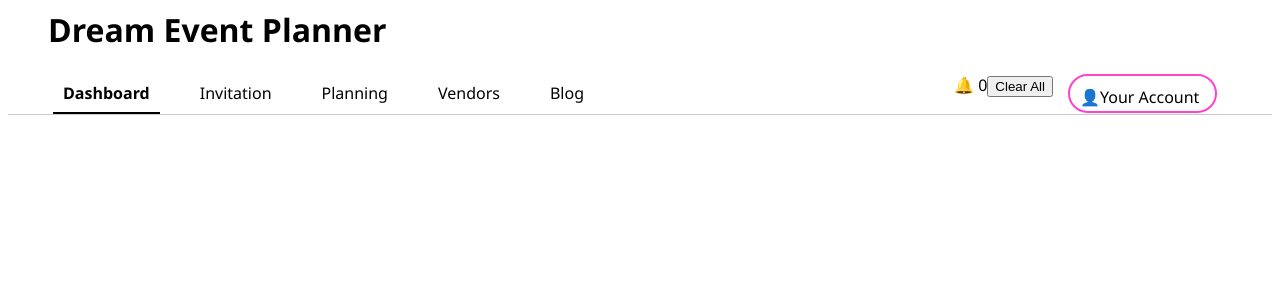
Repository: rajeshwari16945/Dream_Event_planner
Page: dep-admin-vendor-svc/src/main/resources/static/html/userNavigation.html
An editor plug-in stored every save of this project. The page is shown before and after the next save, followed by the edit.
The browser window is 1280 px wide. The pictures show the whole page.

Above is the page before, as saved 2025-03-08 20:08:36.

After the next save:
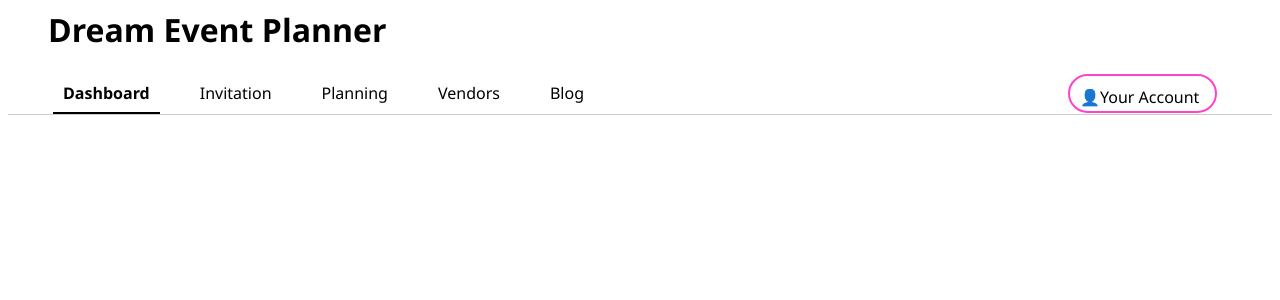
Saved 14 s later.
--- a/dep-admin-vendor-svc/src/main/resources/static/html/userNavigation.html
+++ b/dep-admin-vendor-svc/src/main/resources/static/html/userNavigation.html
@@ -42,21 +42,6 @@
                 </div>
                 <div class="float-right">
 					<ul class="user-nav-menu">
-						<!-- Notification Bell Icon -->
-						<div id="notification-bell" class="notification-bell">
-						    🔔 <!-- You can replace this emoji with an actual icon -->
-						    <span id="notification-count" class="badge">0</span>
-						</div>
-
-					    <!-- Notifications dropdown container -->
-						<div id="notification-dropdown" class="notification-dropdown">
-						    <ul id="notification-list"></ul>
-						    <button id="clear-all" onclick="clearNotifications()">Clear All</button>
-						</div>
-
-					    <!-- Notification Container -->
-					    <div id="notification-container"></div>
-
 						<li class="dropdown">
 							<a href="" class="account-menu">👤Your Account</a>
 							<ul class="dropdown-menu">
